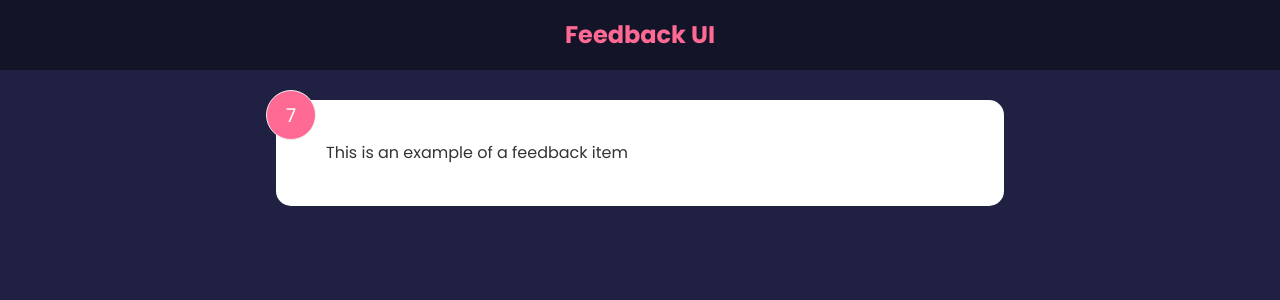
Repository: bayorwor/feedbackapp
Page: /
These files come from the project's save history. The page is drawn as it stood at one moment and after a run of saves; the edit follows.
The browser window is 1280 px wide. The pictures show the whole page.
The project was rebuilt for these pictures with package versions that can differ from the ones it lists, and the page was loaded fresh each time.

Above is the page before, as saved 2022-01-30 17:47:04.

After the next 2 saves:
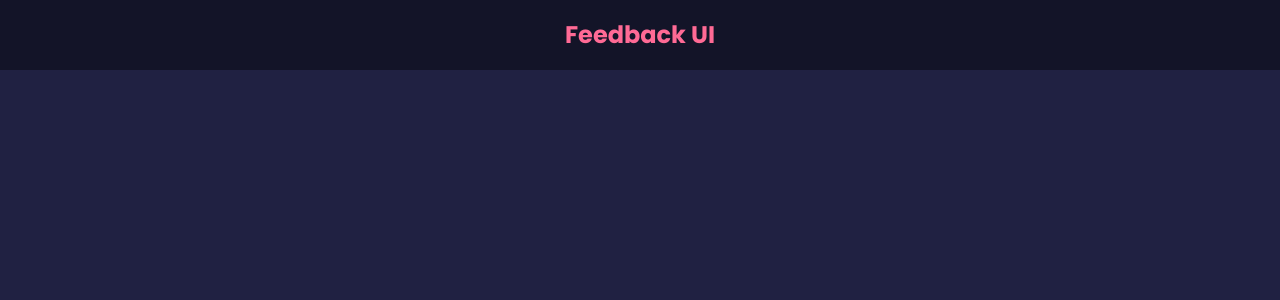
The 2 saves are shown as one change because 1 did not build or start.
The last was saved 51 s later.
--- a/src/App.js
+++ b/src/App.js
@@ -1,7 +1,7 @@
 import { useState } from "react";
-import FeedbaackItem from "./components/FeedbaackItem";
 import Header from "./components/Header";
 import feedbackData from "./data/feedBacks";
+import FeedbackList from "./components/FeedbackList";
 
 const App = () => {
   const [feedback, setFeedback] = useState(feedbackData);
@@ -10,7 +10,7 @@ const App = () => {
     <>
       <Header />
       <div className="container">
-        <FeedbaackItem />
+        <FeedbackList />
       </div>
     </>
   );
